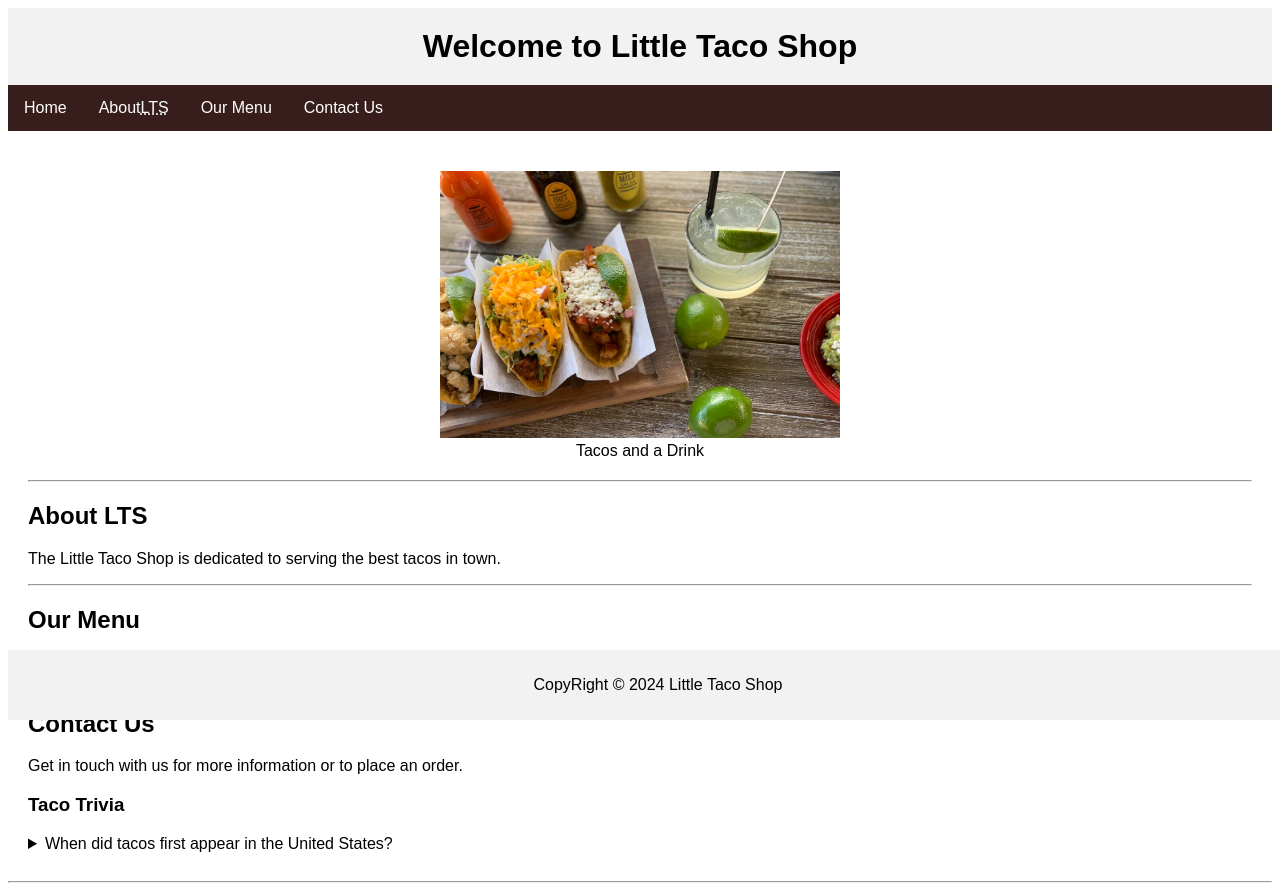
Repository: cavidk/taco_shop-web
Page: html basics/index.html
These files come from the project's save history. The page is drawn as it stood at one moment and after the next save; the edit follows.
The browser window is 1280 px wide. The pictures show the whole page.

Above is the page before, as saved 2024-06-11 10:19:57.

### html basics/index.html
<!DOCTYPE html>
<html lang="en">

<head>
   <meta charset="UTF-8">
   <meta name="author" content="Paimon">
   <meta name="description" content="The official website for Little Taco Shop">
   <title>The Little Taco Shop</title>
   <link rel="icon" href="icons8-star-100.png" type="image">
   <link rel="stylesheet" href="css/style.css">
   </head>
   <body>
      <header>
         <h1>Welcome to Little Taco Shop</h1>
         <nav>
            <ul>
               <li>
                  <a href="#home">Home</a>
               </li>
               <li>
                  <a href="#about">About<abbr title="The Little Taco Shop">LTS</abbr></a>
               </li>
               <li>
                  <a href="#menu">Our Menu</a>
               </li>
               <li>
                  <a href="contact.html">Contact Us</a>
               </li>
            </ul>
         </nav>
      </header>
      <main>
         <section id="home">
            <figure>
               <img width="400" height="267" src="images/image-24.jpeg" alt="This is a Drink with taco" title="We love tacos">
               <figcaption>
                  Tacos and a Drink
               </figcaption>
            </figure>
         </section>
         <hr>
         <section id="about">
            <h2>About LTS</h2>
            <p>The Little Taco Shop is dedicated to serving the best tacos in town.</p>
         </section>
         <hr>
         <section id="menu">
            <h2>Our Menu</h2>
            <p>Check out our delicious menu filled with a variety of tacos and drinks.</p>
         </section>
         <hr>
         <section id="contact">
            <h2>Contact Us</h2>
            <p>Get in touch with us for more information or to place an order.</p>
         </section>
         <aside>
            <h3>Taco Trivia</h3>
            <details>
               <summary>
                  When did tacos first appear in the United States?
               </summary>
               <p>
                  Tacos first appeared in the United States in the 19th century. The first known mention of a taco in the
                  United States is from 1905, in a newspaper. Tacos were introduced to the United States by Mexican
                  <time datetime="1905">1905</time>
               </p>
            </details>
         </aside>
      </main>
      <hr>
      <footer>
         <p>
            CopyRight &copy; 2024 Little Taco Shop
         </p>
      </footer>
   </body>

   </html>

### html basics/css/style.css
body {
   font-family: Arial, sans-serif;
}

nav {
   background-color: #381d1d;
   overflow: hidden;

}

nav ul {
   list-style-type: none;
   margin: 0;
   padding: 0;
}

nav ul li {
   float: left;
}

nav ul li a {
   display: block;
   color: white;
   text-align: center;
   padding: 14px 16px;
   text-decoration: none;
}

nav ul li a:hover {
   background-color: #111;
}

header h1 {
   margin: 0;
   padding: 20px;
   text-align: center;
   background-color: #f2f2f2;
}

main {
   padding: 20px;
}

footer {
   text-align: center;
   padding: 10px;
   background-color: #f2f2f2;
   position: fixed;
   bottom: 0;
   width: 100%;
}

figure {
   text-align: center;
   margin: 20px 0;
}

After the next save:
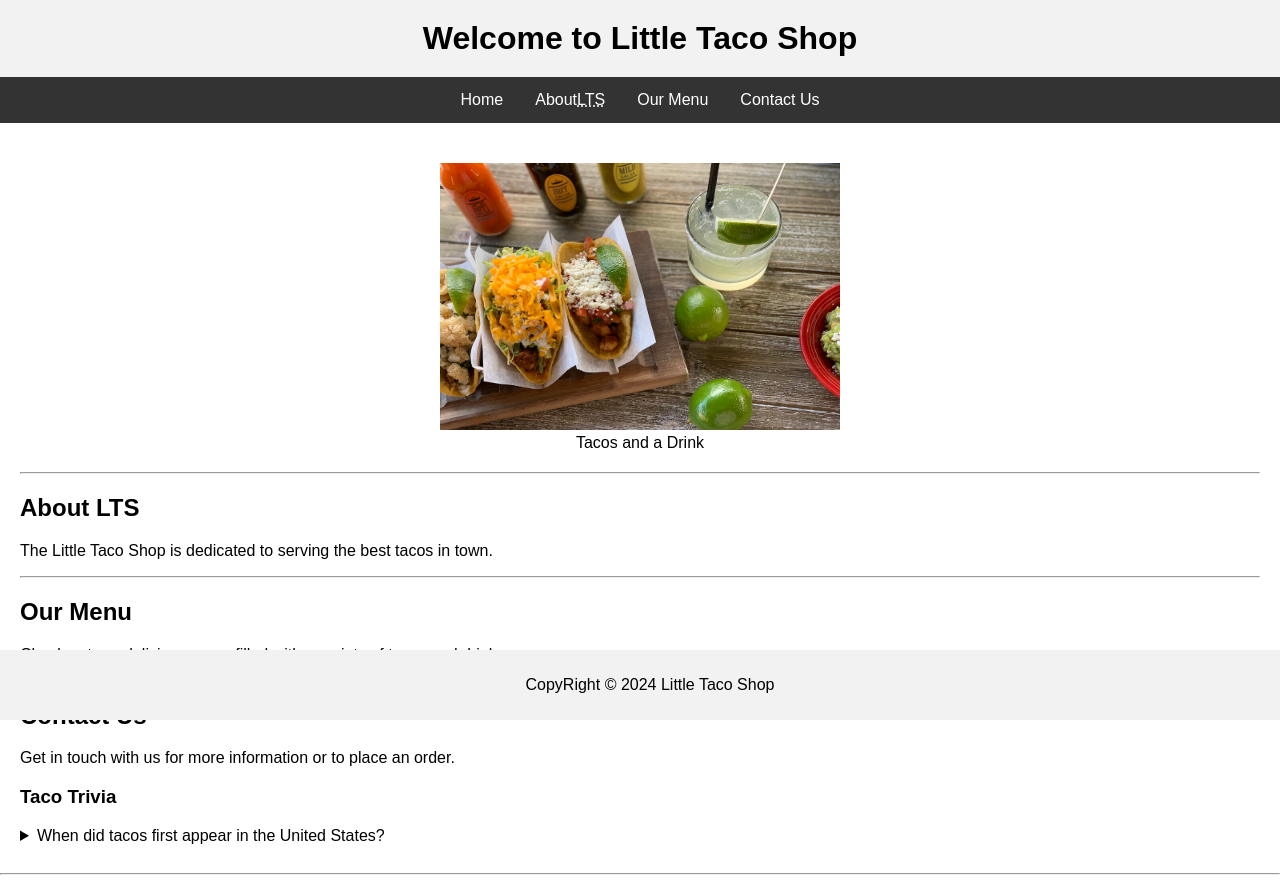
Saved 28 s later.
--- a/html basics/css/style.css
+++ b/html basics/css/style.css
@@ -1,21 +1,24 @@
 body {
    font-family: Arial, sans-serif;
+   margin: 0;
 }
 
 nav {
-   background-color: #381d1d;
+   background-color: #333;
+   display: flex;
+   justify-content: center;
    overflow: hidden;
-
 }
 
 nav ul {
+   display: flex;
    list-style-type: none;
    margin: 0;
    padding: 0;
 }
 
 nav ul li {
-   float: left;
+   margin: 0;
 }
 
 nav ul li a {
